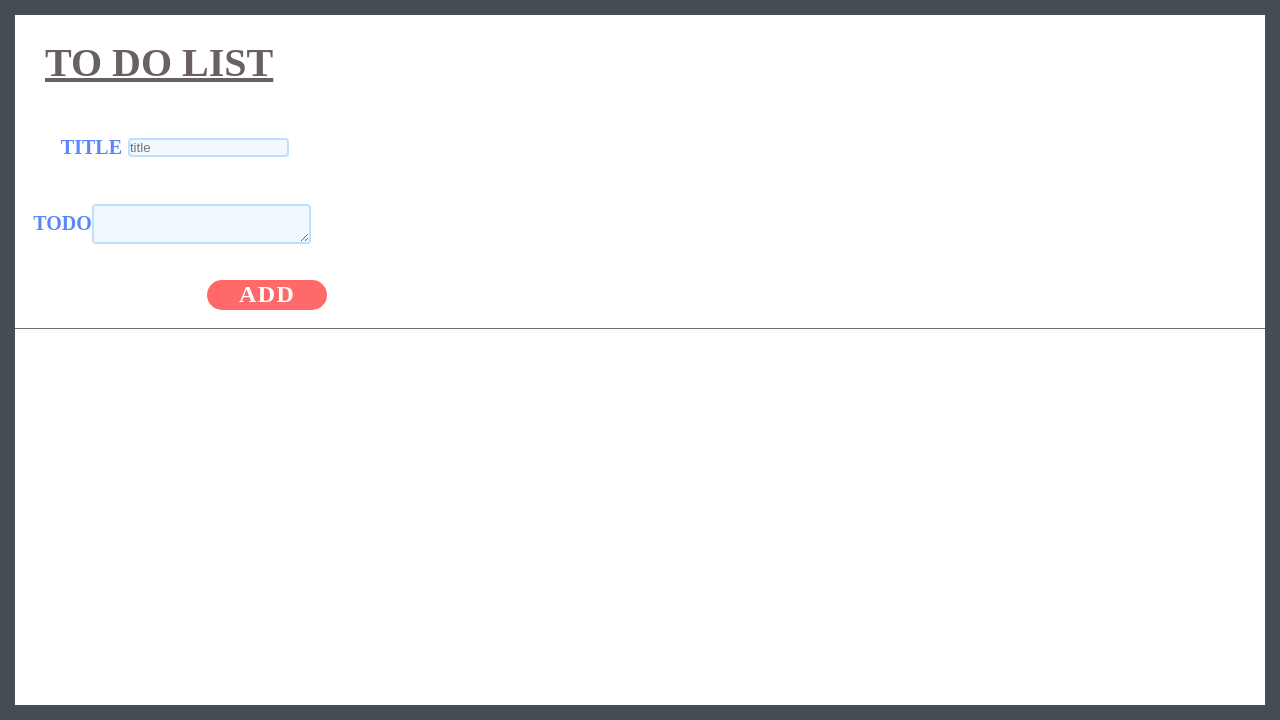
Repository: NagataRyuji0630/shinjin-otameshi
Page: todo_white_board.html
An editor plug-in stored every save of this project. The page is shown before and after the next save, followed by the edit.
The browser window is 1280 px wide. The pictures show the whole page.

Above is the page before, as saved 2020-06-11 23:20:00.
Not found: todoWhiteBoard.js

After the next save:
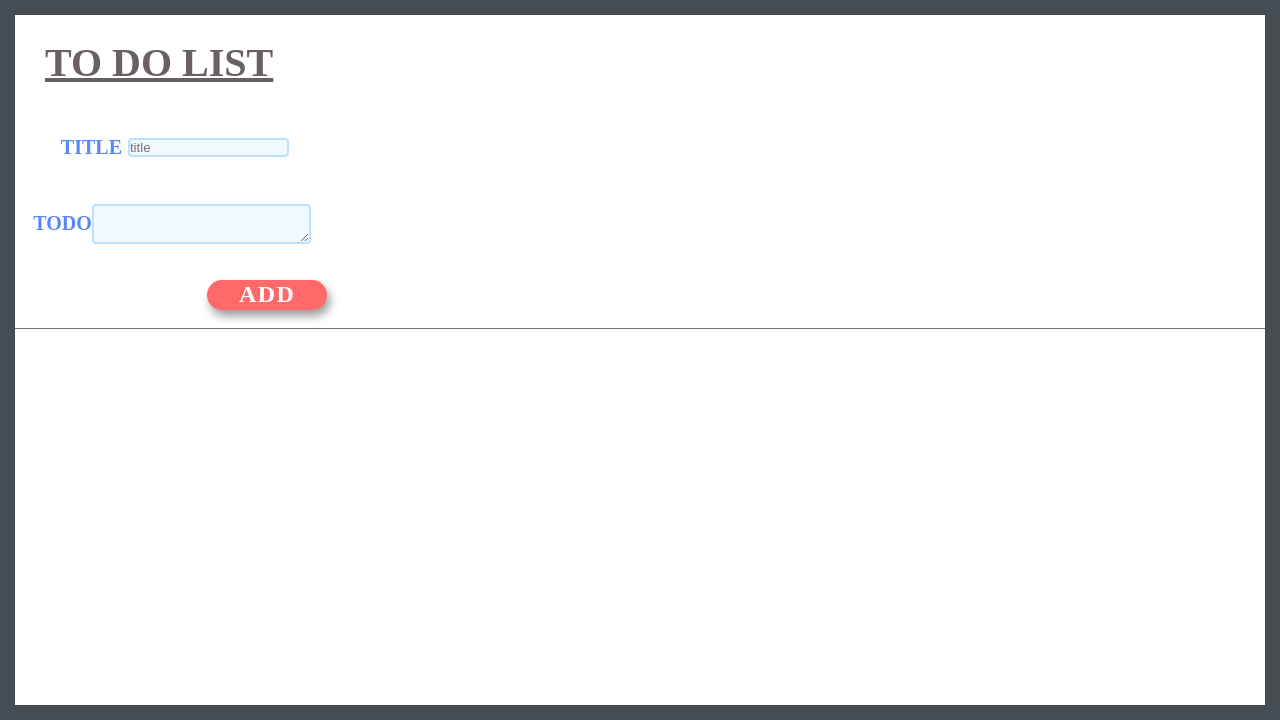
Saved 89 s later.
--- a/todo_white_board.css
+++ b/todo_white_board.css
@@ -111,6 +111,7 @@
 
 .red_btn {
     background-color: #FF6969;
+    box-shadow: 3px 6px 10px #00000065;
 }
 
 #todo_add_btn {
